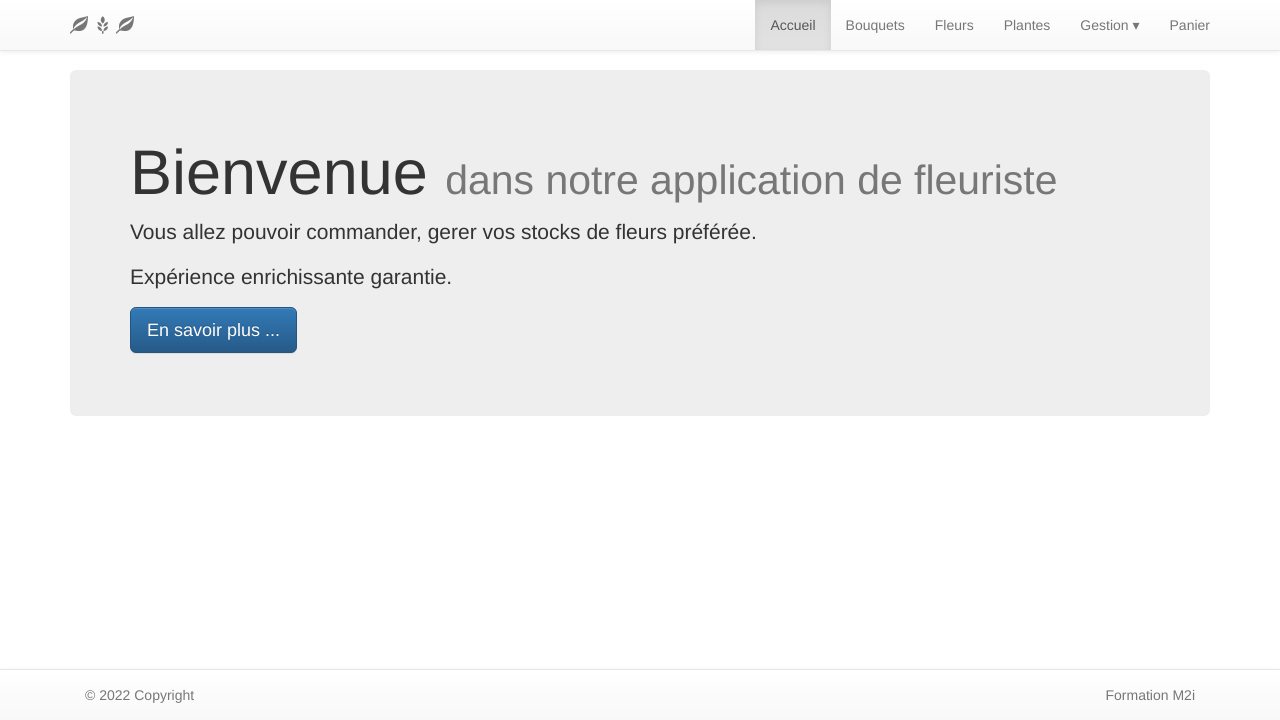
Repository: JeremT8/JavaFleuristeProject
Page: tp-fleuriste/src/main/webapp/index.html
These files come from the project's save history. The page is drawn as it stood at one moment and after the next save; the edit follows.
The browser window is 1280 px wide. The pictures show the whole page.
Some web libraries are served in a nearby version.

Above is the page before, as saved 2022-05-16 12:57:11.

### tp-fleuriste/src/main/webapp/index.html
<!DOCTYPE html>
<html>
<head>
<meta charset="UTF-8">
<title>Flow Hearts</title>
<link rel="stylesheet"
	href="https://maxcdn.bootstrapcdn.com/bootstrap/3.3.7/css/bootstrap.min.css">
<link rel="stylesheet"
	href="https://maxcdn.bootstrapcdn.com/bootstrap/3.3.7/css/bootstrap-theme.min.css">
<script
	src="https://ajax.googleapis.com/ajax/libs/jquery/3.1.1/jquery.min.js"></script>
<script
	src="https://maxcdn.bootstrapcdn.com/bootstrap/3.3.7/js/bootstrap.min.js"></script>
<link rel="apple-touch-icon" sizes="76x76" href="/apple-touch-icon.png">
<link rel="icon" type="image/png" sizes="32x32"
	href="/favicon-32x32.png">
<link rel="icon" type="image/png" sizes="16x16"
	href="/favicon-16x16.png">
<link rel="manifest" href="/site.webmanifest">
<link rel="mask-icon" href="/safari-pinned-tab.svg" color="#5bbad5">
<meta name="msapplication-TileColor" content="#da532c">
<meta name="theme-color" content="#ffffff">
<link rel="stylesheet" href="css/commun.css">
</head>
<body>
	<nav class="navbar navbar-default navbar-fixed-top">
		<div class="container">
			<div class="navbar-header">
				<a href="index.html" class="navbar-brand active"> <span
					class="glyphicon glyphicon-leaf rotate-leaf"></span> <span
					class="glyphicon glyphicon-grain"></span> <span
					class="glyphicon glyphicon-leaf"></span>
				</a>
				<button class="navbar-toggle" type="button" data-toggle="collapse"
					data-target="#navbar-main">
					<span class="icon-bar"></span> <span class="icon-bar"></span> <span
						class="icon-bar"></span>
				</button>
			</div>
			<div class="navbar-collapse collapse" id="navbar-main">
				<ul class="nav navbar-nav navbar-right">
					<li class="active"><a href="#">Accueil</a></li>
					<li><a href="films.html">Bouquets</a></li>
					<li><a href="ajout.html">Fleurs</a></li>
					<li><a href="styles.html">Plantes</a></li>
					<li class="nav-item dropdown"><a
						class="nav-link dropdown-toggle" href="#" id="navbarDropdown"
						role="button" data-toggle="dropdown" aria-haspopup="true"
						aria-expanded="false"> Gestion ▾ </a>
						<div class="dropdown-menu" aria-labelledby="navbarDropdown">
							<a class="dropdown-item" href="#">Plantes</a>
							<div class="dropdown-divider"></div>
							<a class="dropdown-item" href="#">Fleurs</a>
							<div class="dropdown-divider"></div>
							<a class="dropdown-item" href="#">Bouquets</a>
							<div class="dropdown-divider"></div>
							<a class="dropdown-item" href="#">Saisons</a>
							<div class="dropdown-divider"></div>
							<a class="dropdown-item" href="#">Styles</a>
						</div></li>
					<li><a href="styles.html">Panier</a></li>
				</ul>
			</div>
		</div>
	</nav>

	<div class="container">
		<div class="jumbotron">
			<h1>
				Bienvenue <small>dans notre application de fleuriste</small>
			</h1>
			<p>Vous allez pouvoir commander, gerer vos stocks de fleurs préférée.</p>
			<p>Expérience enrichissante garantie.</p>
			<p>
				<a class="btn btn-primary btn-lg" role="button" href="films.html">En
					savoir plus ...</a>
			</p>
		</div>
	</div>

	<nav class="navbar navbar-default navbar-fixed-bottom">
		<div class="container">
			<ul class="nav navbar-nav  navbar-foot">
				<li class="pull-left"><a>© 2022 Copyright</a></li>
				<li class="pull-right"><a>Formation M2i</a></li>
			</ul>
		</div>
	</nav>

</body>
</html>

### tp-fleuriste/src/main/webapp/css/commun.css
body {
	padding-top: 70px;
	padding-bottom: 70px;

}

.navbar-foot {
	width: 100%;
}

.rouge {
	color: red;
}

.vert {
	color: green;
}

.bleu, .glyphicon-shopping-cart {
	color: #337ab7;
}
.gros{
	font-size: 1.0em;
	padding-left: 15px;
	padding-right: 15px;
}
.glyphicon-menu-up, .glyphicon-menu-down{
	font-size: 0.7em;
}
.supp, .modif, .tri{
/* 	cursor:crosshair;	 */
	cursor:pointer;
}

textarea.noresize{
	resize: none;
}

#map{
	width : 100%;
	height : 400px;
	border : 1px solid #337ab7;
}

.icon-flipped {
transform: scaleX(-1);
-moz-transform: scaleX(-1);
-webkit-transform: scaleX(-1);
-ms-transform: scaleX(-1);
}


.bottle{
	display: inline-block !important;
}

a.dropdown-item {
	color: black;
	text-decoration: none;
}

After the next save:
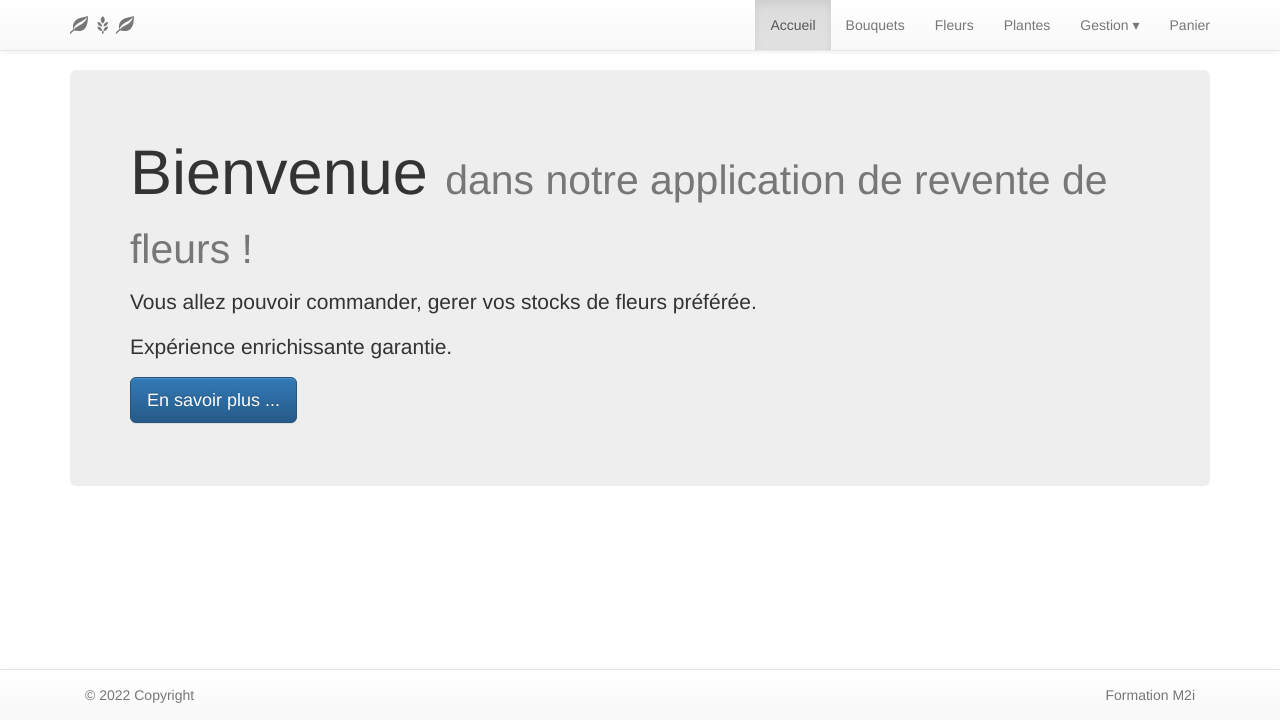
Saved 24 s later.
--- a/tp-fleuriste/src/main/webapp/index.html
+++ b/tp-fleuriste/src/main/webapp/index.html
@@ -67,7 +67,7 @@
 	<div class="container">
 		<div class="jumbotron">
 			<h1>
-				Bienvenue <small>dans notre application de fleuriste</small>
+				Bienvenue <small>dans notre application de revente de fleurs !</small>
 			</h1>
 			<p>Vous allez pouvoir commander, gerer vos stocks de fleurs préférée.</p>
 			<p>Expérience enrichissante garantie.</p>
